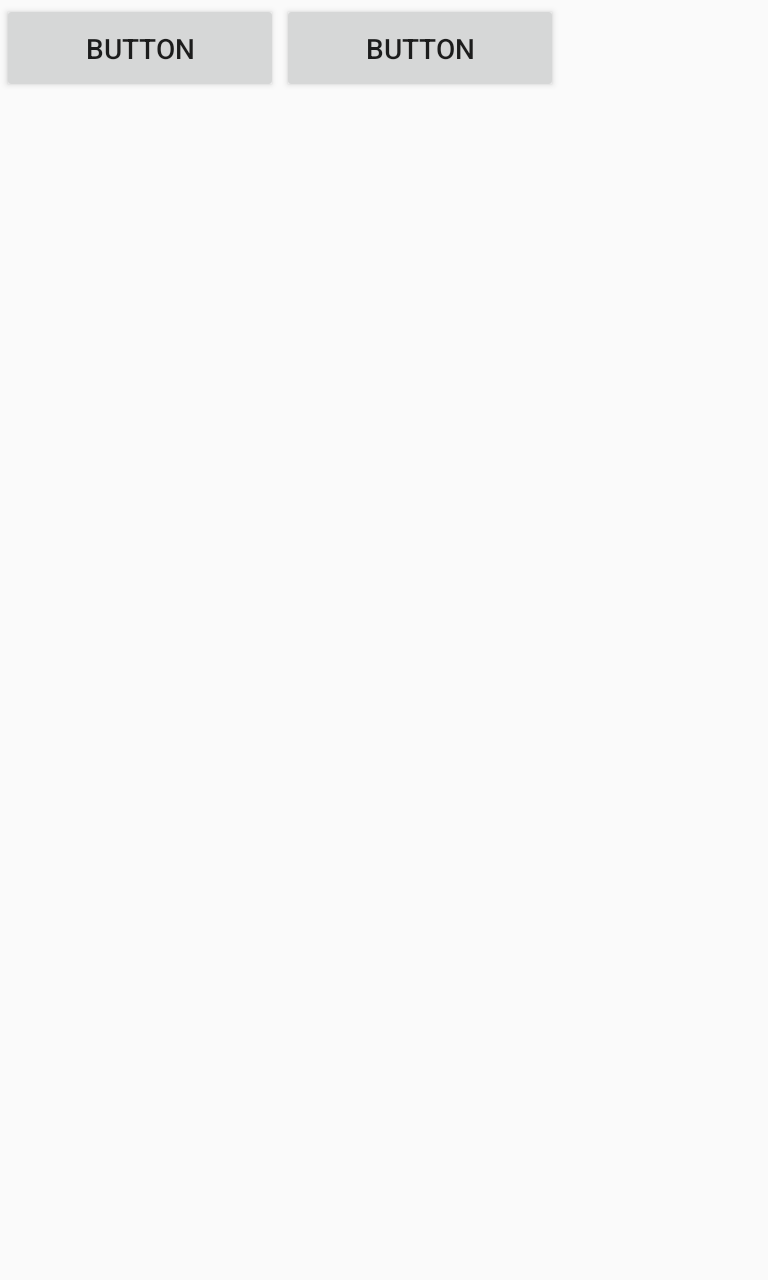
Repository: RibuRoyson/exercise
Layout: Excercise3/res/layout/linear5.xml
These files come from the project's save history. The layout is drawn as it stood at one moment and after the next save; the edit follows.
It is drawn on a 768 x 1280 px phone screen (xhdpi) without system bars, with theme AppTheme; the app's code is not run.

Above is the layout before, as saved 2015-02-10 10:02:33.

After the next save:
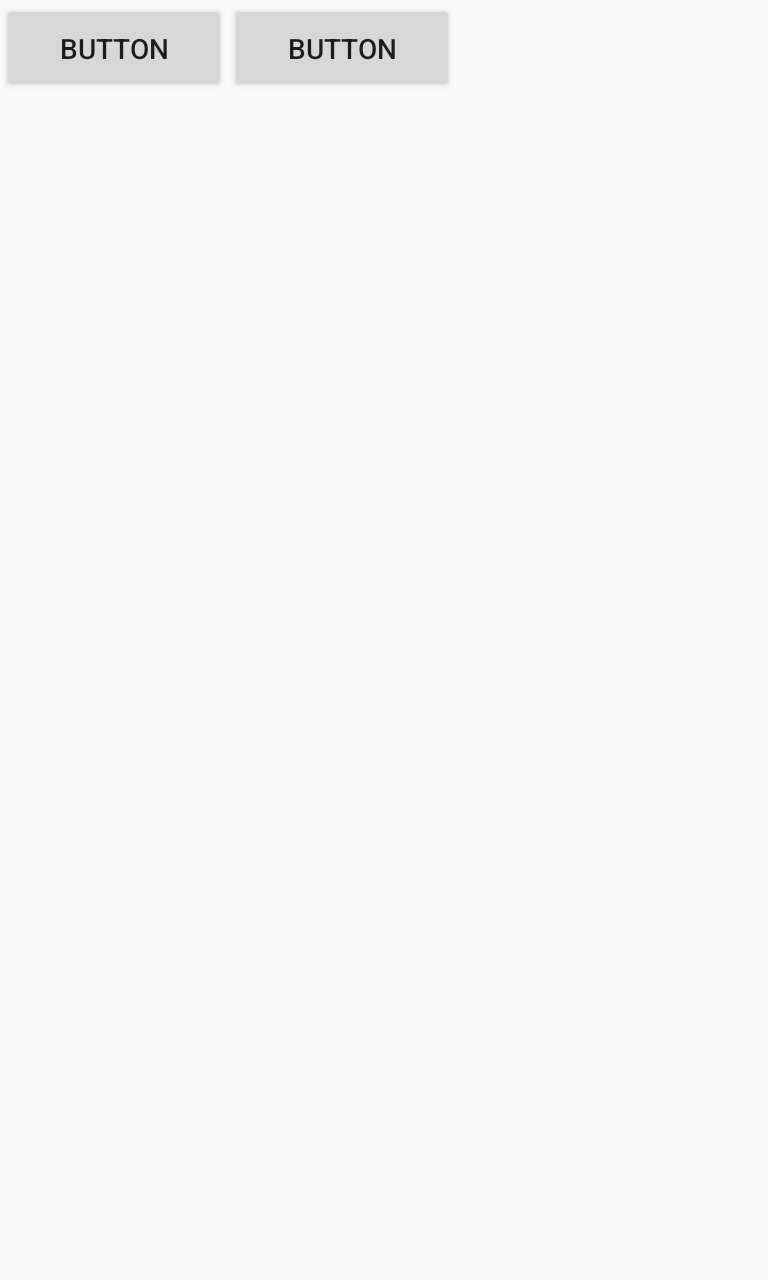
Saved 19 s later.
--- a/Excercise3/res/layout/linear5.xml
+++ b/Excercise3/res/layout/linear5.xml
@@ -15,14 +15,14 @@
             android:id="@+id/button1"
             android:layout_width="wrap_content"
             android:layout_height="wrap_content"
-            android:layout_weight="1.0"
+            android:layout_weight="0.5"
             android:text="Button" />
 
         <Button
             android:id="@+id/button2"
             android:layout_width="wrap_content"
             android:layout_height="wrap_content"
-            android:layout_weight="1.0"
+            android:layout_weight="0.5"
             android:text="Button" />
 
     </LinearLayout>
